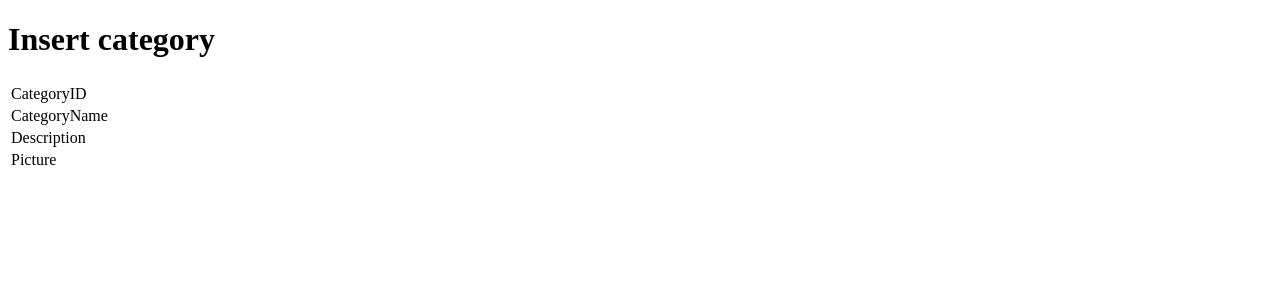
Repository: kaza1509/PRJ301
Page: SE1613/web/addCategory.html
The author's editor kept a copy of each file at every save. The page is drawn from the files as they stood at one save, then again after the next save.
The browser window is 1280 px wide. The pictures show the whole page.

Above is the page before, as saved 2022-01-20 15:11:38.

### SE1613/web/addCategory.html
<!DOCTYPE html>
<html lang="en">
    <head>
        <meta charset="UTF-8">
        <meta http-equiv="X-UA-Compatible" content="IE=edge">
        <meta name="viewport" content="width=device-width, initial-scale=1.0">
        <title>Insert category</title>
    </head>
    <body>
        <form action="" method="post">
            <table>
                <tr>
                    <h1>Insert category</h1>
                </tr>
                <tr>
                    <td>CategoryID</td>
                    <td></td>
                </tr>
                <tr>
                    <td>CategoryName</td>
                    <td></td>
                </tr>
                <tr>
                    <td>Description</td>
                    <td></td>
                </tr>
                <tr>
                    <td>Picture</td>
                    <td></td>
                </tr>
                <tr>
                    <td></td>
                    <td></td>
                </tr>
            </table>
        </form>
    </body>
</html>

After the next save:
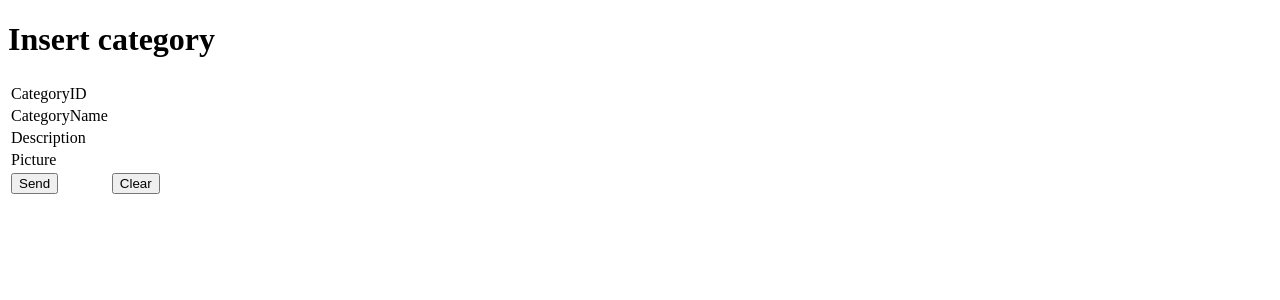
Saved 16 s later.
--- a/SE1613/web/addCategory.html
+++ b/SE1613/web/addCategory.html
@@ -29,8 +29,12 @@
                     <td></td>
                 </tr>
                 <tr>
-                    <td></td>
-                    <td></td>
+                    <td>
+                        <input type="submit" value="Send">
+                    </td>
+                    <td>
+                        <input type="reset" value="Clear">
+                    </td>
                 </tr>
             </table>
         </form>
